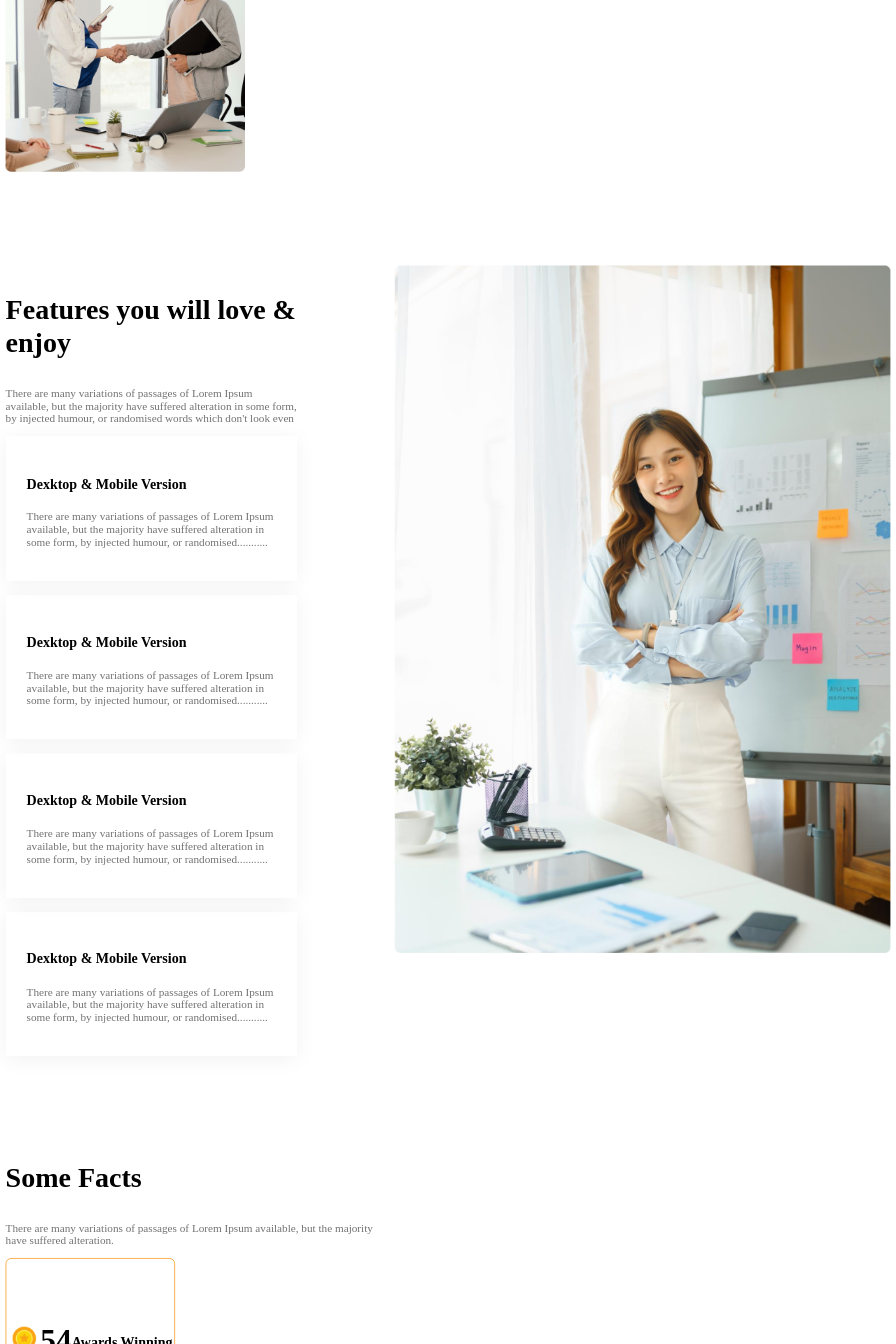
Repository: tanimtanzilislam/g3-architect-website
Page: index.html
The author's editor kept a copy of each file at every save. The page is drawn from the files as they stood at one save, then again after the next save.
The browser window is 1280 px wide. The pictures show the part of the page from y = 2435 to 4355 px (the page is 5628 px tall before and 5498 px after), at 70% of full size.

Above is the page before, as saved 2026-02-06 22:36:57.

After the next save:
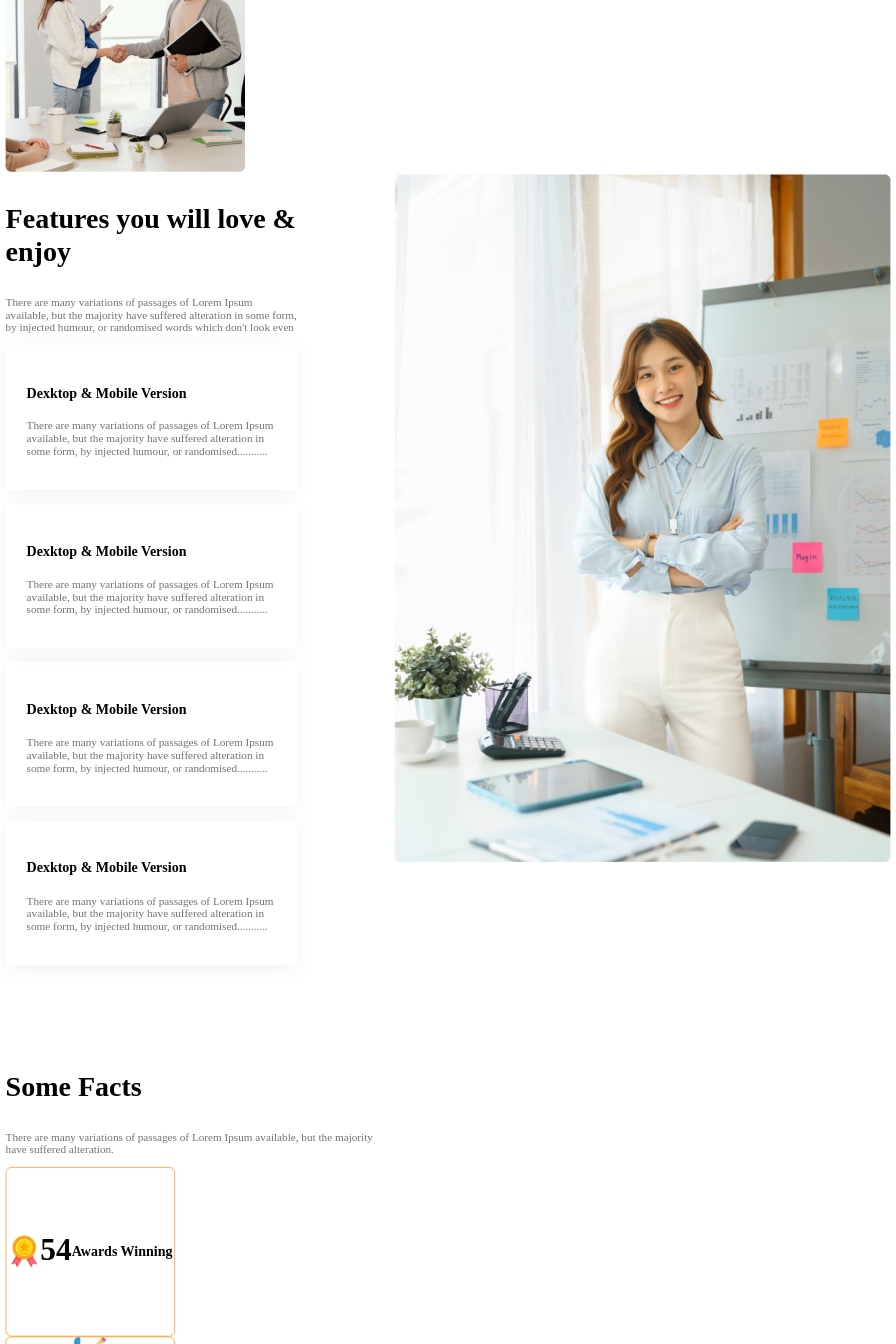
Saved 27 s later.
--- a/styles/styles.css
+++ b/styles/styles.css
@@ -104,7 +104,7 @@
 
 .features{
   gap:140px;
-  margin-top:
+  margin-top: 0
 
 }
 #featue-section-title{
